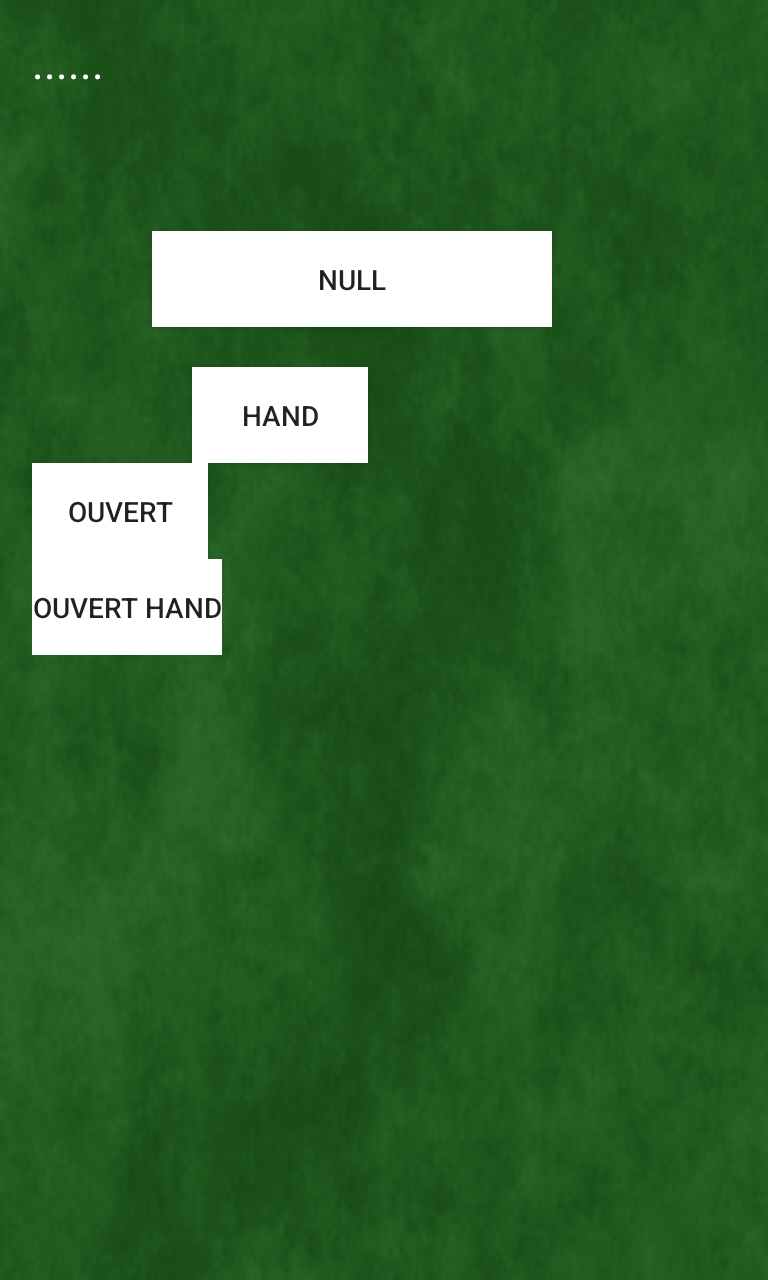
Repository: razinanu/InSy-Skat
Layout: InSy-Skat/res/layout/fragment_null_s.xml
The author's editor kept a copy of each file at every save. The layout is drawn from the files as they stood at one save, then again after the next save.
It is drawn on a 768 x 1280 px phone screen (xhdpi) without system bars, with theme AppThemeWithoutActionBarTitle; the app's code is not run.

Above is the layout before, as saved 2014-06-21 19:10:18.

After the next save:
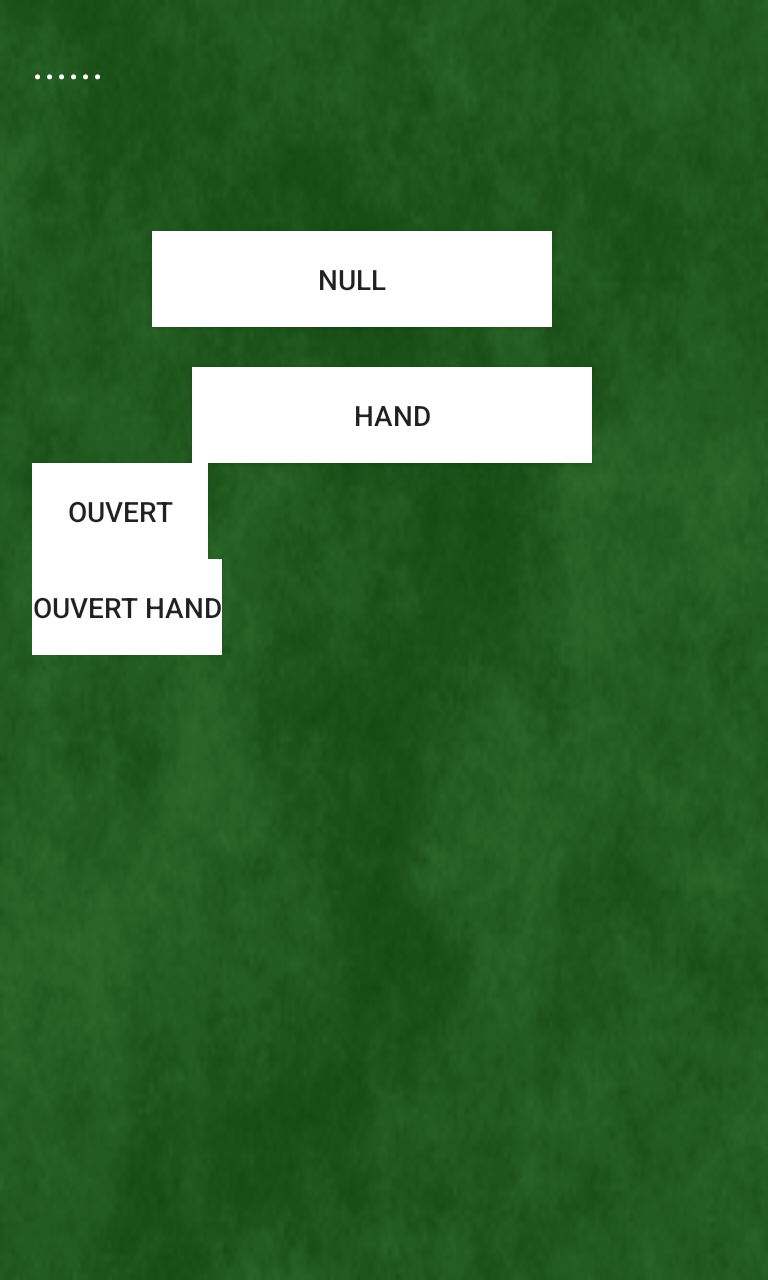
Saved 21 s later.
--- a/InSy-Skat/res/layout/fragment_null_s.xml
+++ b/InSy-Skat/res/layout/fragment_null_s.xml
@@ -39,6 +39,7 @@
                  android:layout_width="wrap_content"
                  android:layout_height="wrap_content"
                   android:layout_marginTop="20dp"
+                   android:layout_width="200dp"
                 android:layout_marginLeft="80dp"
                  android:text="@string/nullH"
                  android:background="#ffffff" />
